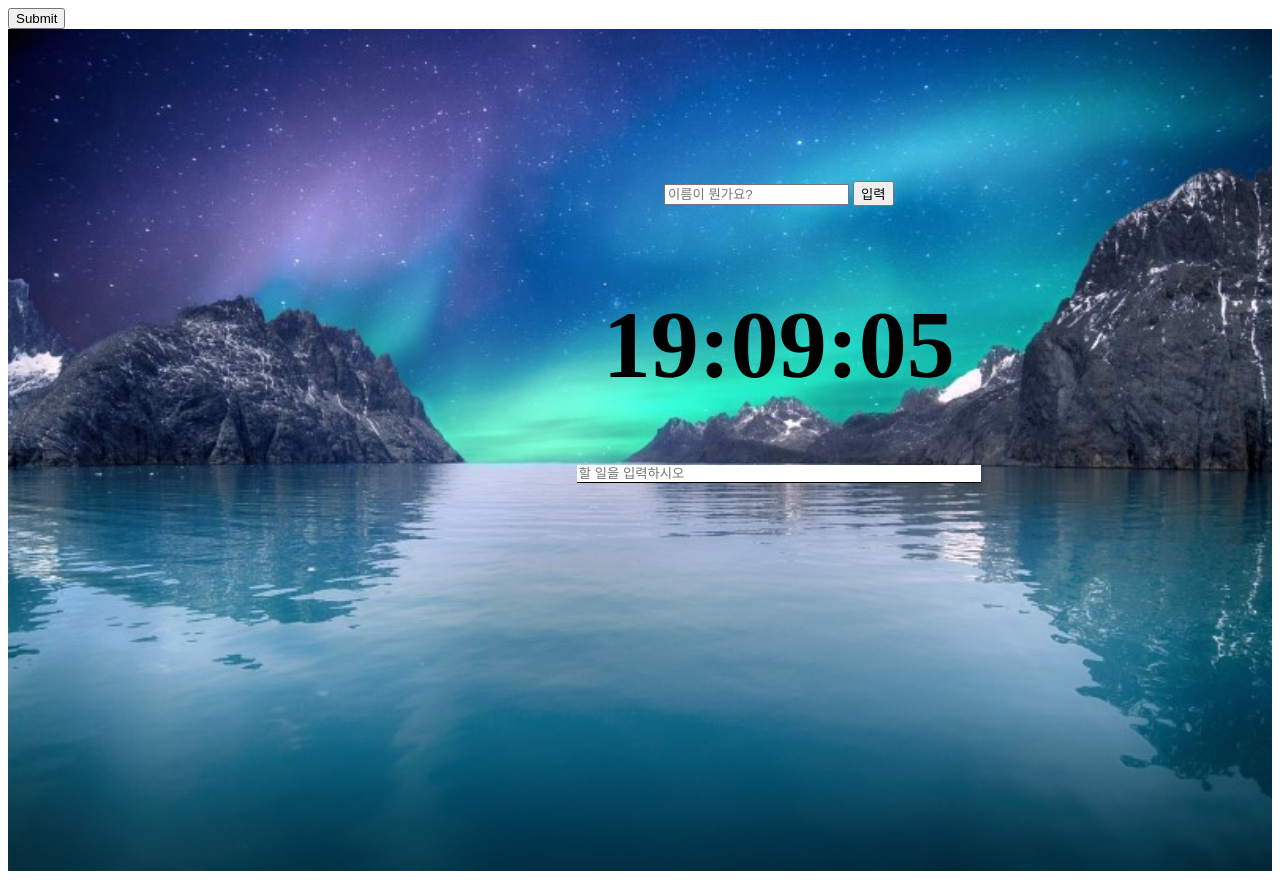
Repository: jun01270/F-E-practice
Page: index.html
An editor plug-in stored every save of this project. The page is shown before and after the next save, followed by the edit.
The browser window is 1280 px wide. The pictures show the whole page.

Above is the page before, as saved 2023-01-10 15:02:58.
Console error: TypeError: Cannot read properties of null (reading 'addEventListener')

After the next save:
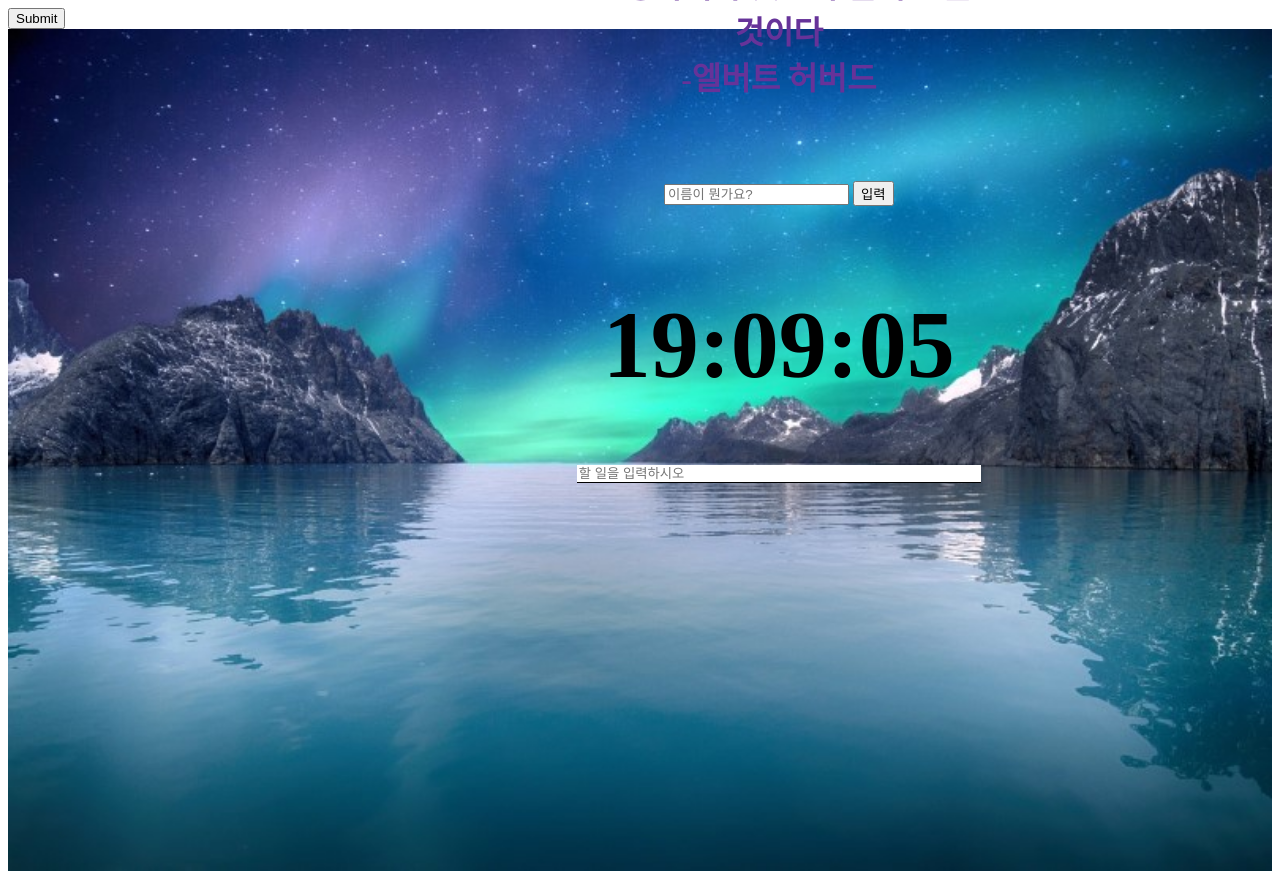
Saved 20 s later.
--- a/js/quotes.js
+++ b/js/quotes.js
@@ -43,7 +43,7 @@ const quote = document.querySelector("#quote span");
 const author = document.querySelector("#quote div");
 
 function showQuote() {
-  const todaysQuotes = quotes[Math.floor(Math.random() * quoteCount)];
+  const todaysQuote = quotes[Math.floor(Math.random() * quoteCount)];
   quote.innerText = todaysQuote.quote;
   author.innerText = todaysQuote.author;
 }
